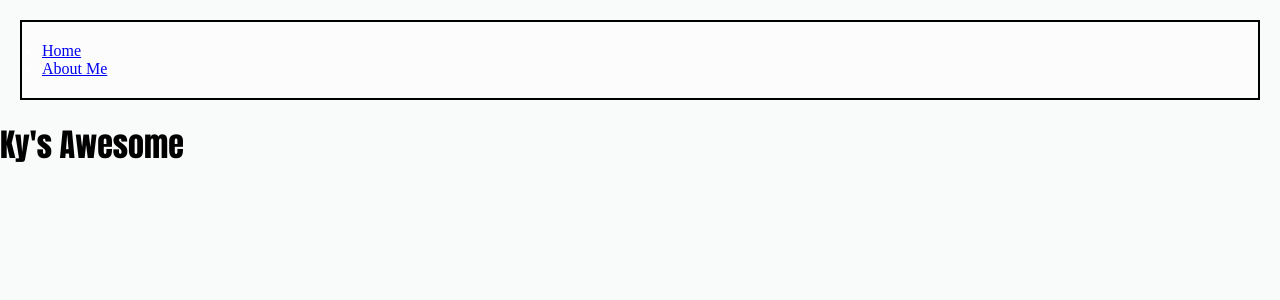
Repository: monicaifijeh/test2
Page: kyportfolio/src/index.html
An editor plug-in stored every save of this project. The page is shown before and after the next save, followed by the edit.
The browser window is 1280 px wide. The pictures show the whole page.

Above is the page before, as saved 2024-12-18 20:34:41.

### kyportfolio/src/index.html
<!DOCTYPE html>
<html lang="en">
  <head>
    <meta charset="UTF-8" />
    <meta name="viewport" content="width=device-width, initial-scale=1.0" />
    <title>Ky's Portfolio</title>
    <link rel="stylesheet" href="mystyleOne.css" />
  </head>

  <body>
    <nav>
      <ul class="navi">
        <li><a href="#search-engine-optimization">Home</a></li>
        <li><a href="#online-reputation-management">About Me</a></li>
      </ul>
    </nav>
    <h1>Ky's Awesome</h1>
  </body>
</html>

### kyportfolio/src/mystyleOne.css
/* applies to the whole webpage*/
* {
    box-sizing: border-box;
    padding: 0;
    margin: 0;
}

/* applies to the body of the webpage*/
body{
    background-color: rgb(249, 251, 250);
}

/* applies to the headings of the webpage*/
h1{
    color: black; font-family: Impact, Haettenschweiler, 'Arial Narrow Bold', sans-serif;
}
nav{
   border: 0ch;
}
.navi{
    background-color: rgb(252, 252, 252);
  color: white;
  border: 2px solid black;
  margin: 20px;
  padding: 20px;
}

After the next save:
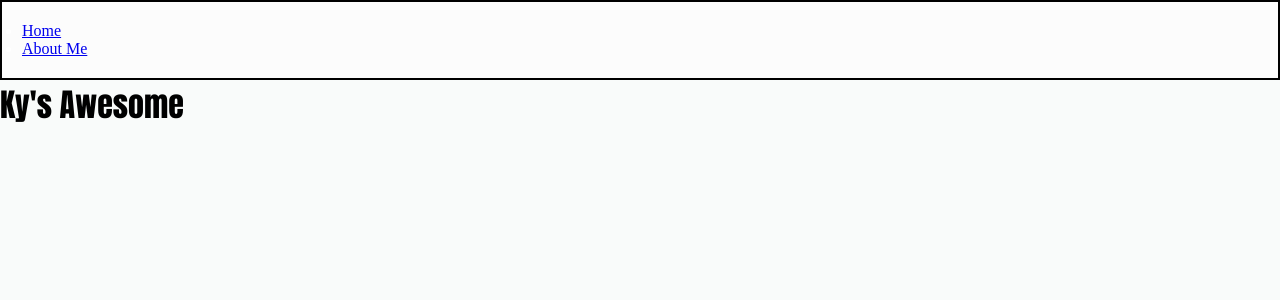
Saved 16 s later.
--- a/kyportfolio/src/mystyleOne.css
+++ b/kyportfolio/src/mystyleOne.css
@@ -21,6 +21,6 @@ nav{
     background-color: rgb(252, 252, 252);
   color: white;
   border: 2px solid black;
-  margin: 20px;
+  margin: 0px;
   padding: 20px;
 }
